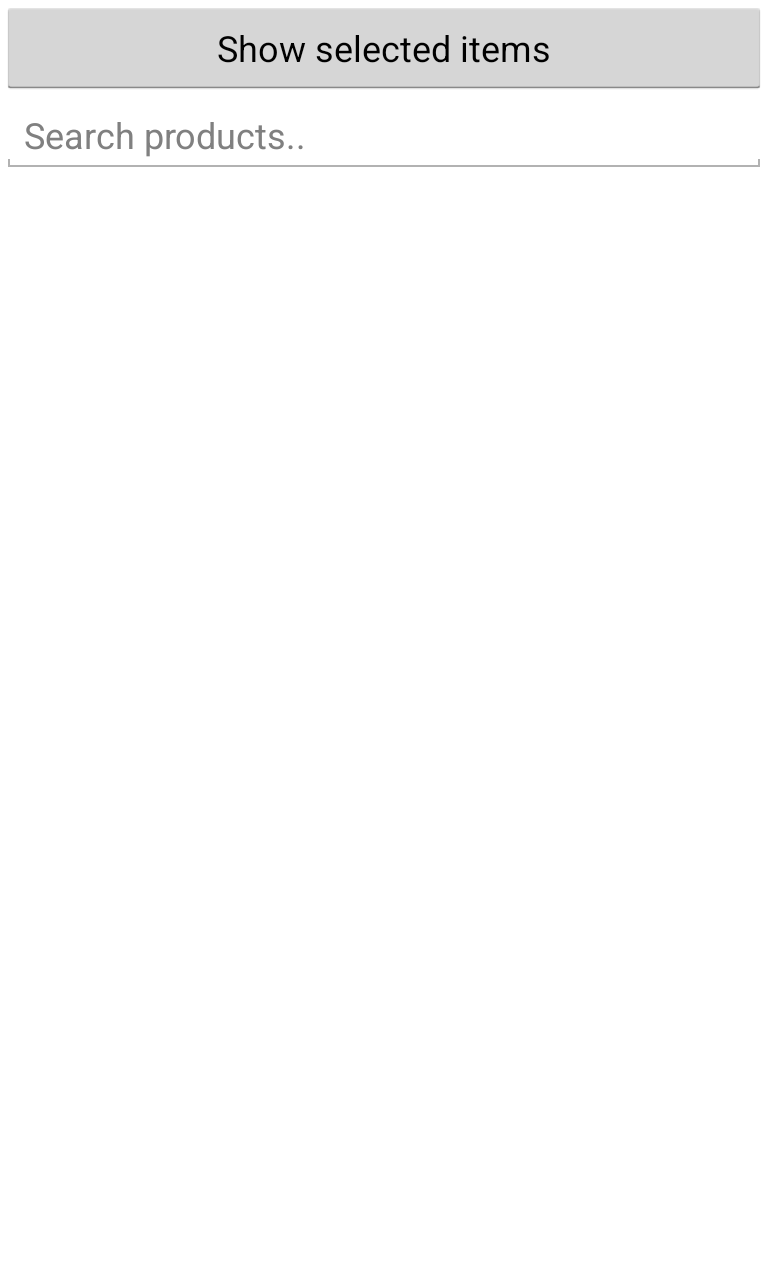
Repository: ernopp/ShopMap
Layout: Shop_Map/res/layout/activity_main.xml
These files come from the project's save history. The layout is drawn as it stood at one moment and after the next save; the edit follows.
It is drawn on a 768 x 1280 px phone screen (xhdpi) without system bars, with theme AppTheme; the app's code is not run. Lists and similar views that code fills are empty.

Above is the layout before, as saved 2013-02-20 01:28:58.

After the next save:
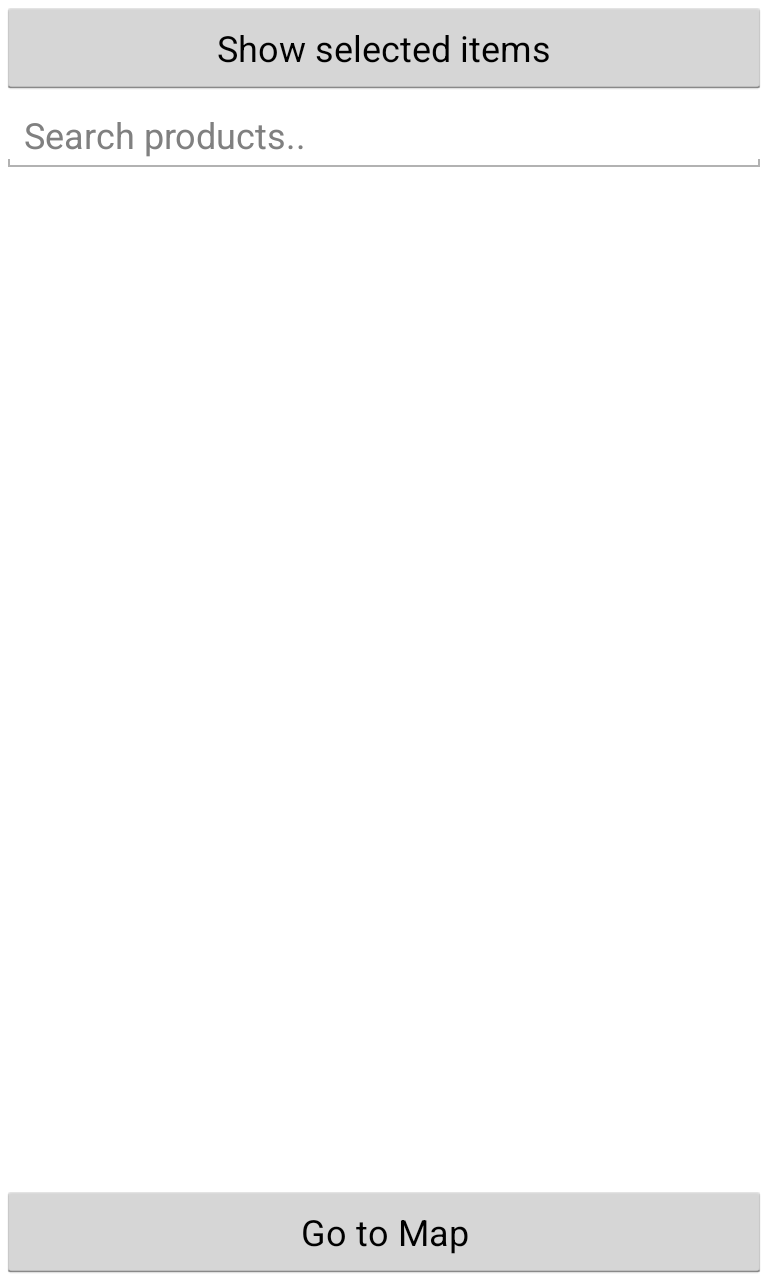
Saved 115 s later.
--- a/Shop_Map/res/layout/activity_main.xml
+++ b/Shop_Map/res/layout/activity_main.xml
@@ -2,7 +2,7 @@
     xmlns:tools="http://schemas.android.com/tools"
     android:layout_width="match_parent"
     android:layout_height="match_parent"
-    tools:context=".MainActivity">
+    tools:context=".MainActivity" >
 
     <EditText
         android:id="@+id/inputSearch"
@@ -22,4 +22,23 @@
         android:layout_alignParentTop="true"
         android:text="Show selected items" />
 
+    <Button
+        android:id="@+id/go_to_map"
+        android:layout_width="wrap_content"
+        android:layout_height="wrap_content"
+        android:layout_alignParentBottom="true"
+        android:layout_alignParentLeft="true"
+        android:layout_alignParentRight="true"
+        android:text="Go to Map" />
+
+    <ListView
+        android:id="@+id/list_view"
+        android:layout_width="match_parent"
+        android:layout_height="wrap_content"
+        android:layout_above="@+id/button2"
+        android:layout_below="@+id/inputSearch"
+        android:layout_centerHorizontal="true" >
+
+    </ListView>
+
 </RelativeLayout>
